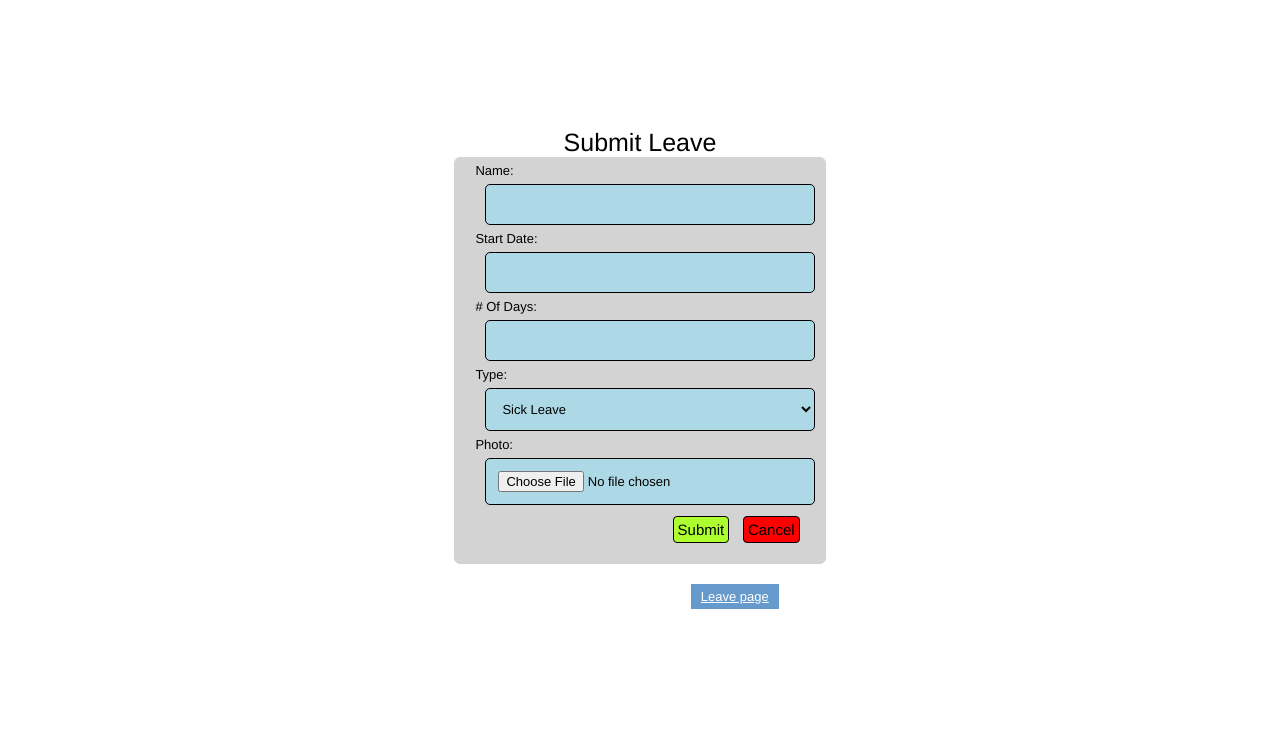
Repository: Murad71/BasicCRUD
Page: index.html
These files come from the project's save history. The page is drawn as it stood at one moment and after the next save; the edit follows.
The browser window is 1280 px wide. The pictures show the whole page.

Above is the page before, as saved 2023-04-18 21:36:09.

### index.html
<!DOCTYPE html>
<html lang="en">
  <head>
    <meta charset="UTF-8" />
    <meta http-equiv="X-UA-Compatible" content="IE=edge" />
    <meta name="viewport" content="width=device-width, initial-scale=1.0" />
    <link rel="stylesheet" href="index.css" />
    <title>Leave Request</title>
  </head>
  <body>
    <div class="flex1">
      <form id="form1">
        <header>Submit Leave</header>
        <div class="container">
          <label for="name">Name:</label>
          <input type="text" id="name" name="name" />
          <br />
          <label for="startdate">Start Date:</label>
          <input type="text" id="startdate" name="startdate" />
          <br />
          <label for="days"># Of Days:</label>
          <input type="text" id="days" name="days" />
          <br />
          <label for="leaves">Type:</label>
          <select id="leave" name="leaves" required>
            <option value="Sick leave">Sick Leave</option>
            <option value="Early leave">Early Leave</option>
            <option value="Vacation leave">Vacation Leave</option>
            <option value="Other">Other</option>
          </select>
          <br />
          <label for="photo">Photo:</label>
          <input type="file" id="photo" name="photo"/>
          <div class="button-container">
            <input type="submit" value="Submit" id="submitButton"/>
            <input type="reset" value="Cancel" class="cancel" />
          </div>
        </div>
      </form>
      <div class="anchorContainer">
        <a href="index1.html"> Leave page</a>
        <!--Added the hyperlink here-->
      </div>
    </div>
    <script src="script.js"></script>
  </body>
</html>

### index.css
* {
  box-sizing: border-box;
  font-family: "Franklin Gothic Medium", "Arial Narrow", Arial, sans-serif;
  font-size: small;
}

.flex1
{
  align-items: center;
  display: flex;
  justify-content: center;
  height: 100vh;
  flex-direction: column;
}

.container {
  background-color: lightgray;
  padding: 5px 20px 15px 20px;
  border: 1px solid lightgray;
  border-radius: 6px;
  flex-direction: column;
  margin-bottom: 20px;
  width: 100%;
}

header {
  font-size: 25px;
  text-align: center;
}

input[type="text"],
input[type="file"],
select,
textarea {
  width: 100%;
  padding: 12px;
  margin: 6px;
  border: 1px solid;
  border-radius: 5px;
  margin-left: 10px;
  background-color: lightblue;
}

.button-container {
  text-align: right;
}

input[type="submit"],
input[type="reset"] {
  font-size: 15px;
  border: 1px solid;
  margin: 5px;
  padding: 4px;
  background-color: greenyellow;
  border-radius: 4px;
}

input[type="reset"].cancel {
  background-color: red;
}

.anchorContainer {
  margin-left: 15%;
}

a {
  display: inline-block;
  background: #69c;
  color: #fff;
  padding: 5px 10px;
}

### script.js
let storage=JSON.parse(localStorage.getItem('store')) || [];
let index=JSON.parse(localStorage.getItem('rIndex')) || null;
const submitButtonCatch=document.getElementById("submitButton");
const img= new Image();

//after clicking the submit button
submitButtonCatch.addEventListener("click",() =>{
    const form=document.getElementById("form1");
    let object={};
    let flag=true;

    object["id"]= Date.now();
    for(let i=0;i<form.length;i++)
    {
        if(form.elements[i].name=="photo")
        {
            object[form.elements[i].name]= img.src;
        }
        else
        {
            object[form.elements[i].name]=form.elements[i].value;
        }
        if(form.elements[i].value=='')
        {
            flag=false;
            alert("WARNING: Fill all the given Input correctly.");
            break;
        }
        if(form.elements[i].name=="days" && (form.elements[i].value>7 || form.elements[i].value<1))
        {
            flag=false;
            alert("WARNING: Enter a valid number for vacation");
            break;
        }
    }

    if(flag)
    {
        alert("Your data has been submitted Successfully!!");
        if(index!=null)
        {
            storage[index]=object;
            index=null;
        }
        else storage.push(object);


        localStorage.setItem('store',JSON.stringify(storage));
        localStorage.setItem('rIndex',JSON.stringify(index));
        form.reset();
    }
});


//base64 conversion
const fileEl= document.getElementById('photo');
fileEl.addEventListener('change', () =>{

    const fr= new FileReader();
    fr.readAsDataURL(fileEl.files[0]);

    fr.addEventListener('load', ()=>{

        const url= fr.result;
        img.src= url;

    });

});


console.log(storage);



// let submitButtonClicked=document.getElementById("submitButton");
// let indx=0;
// let flag= true;
// let obj={};

// submitButtonClicked.addEventListener('click',() =>{

//     const form= document.getElementById('form1');
//     obj["id"]= indx;
//     indx++;
//     for(let i=0; i<form.length; i++)
//     {
//         obj[form.elements[i].name]=form.elements[i].value;
//         if(form.elements[i].value=='')
//         {
//             flag=false;
//             alert("WARNING: Fill all the given Input correctly.");
//             break;
//         }
//         if(form.elements[i].name=="days" && (form.elements[i].value>7 || form.elements[i].value<1))
//         {
//             flag=false;
//             alert("WARNING: Enter a valid number for vacation");
//             break;
//         }
//     }

//     if(flag)
//     {
//         alert("Data entered successfully!");
//         insertData();
//     }

// });


// function intertData()
// {
//     const table = document.getElementsByClassName("tbody1")[0];
//           var row=document.createElement('tr');
//            row.innerHTML = `<td>${obj.name}</td>
//                 <td>${obj.startdate}</td>
//                 <td>${obj.days}</td>
//                 <td>${obj.leaves}</td>
//                 <td><img id="img" src=${obj.photo} alt=""></td>
//                 <td><a href="index.html" id="edit">Edit</a> <input type='button' value= 'Reject' name=${obj.id} id="reject"/></td>`;
//             table.appendChild(row);
// }

After the next save:
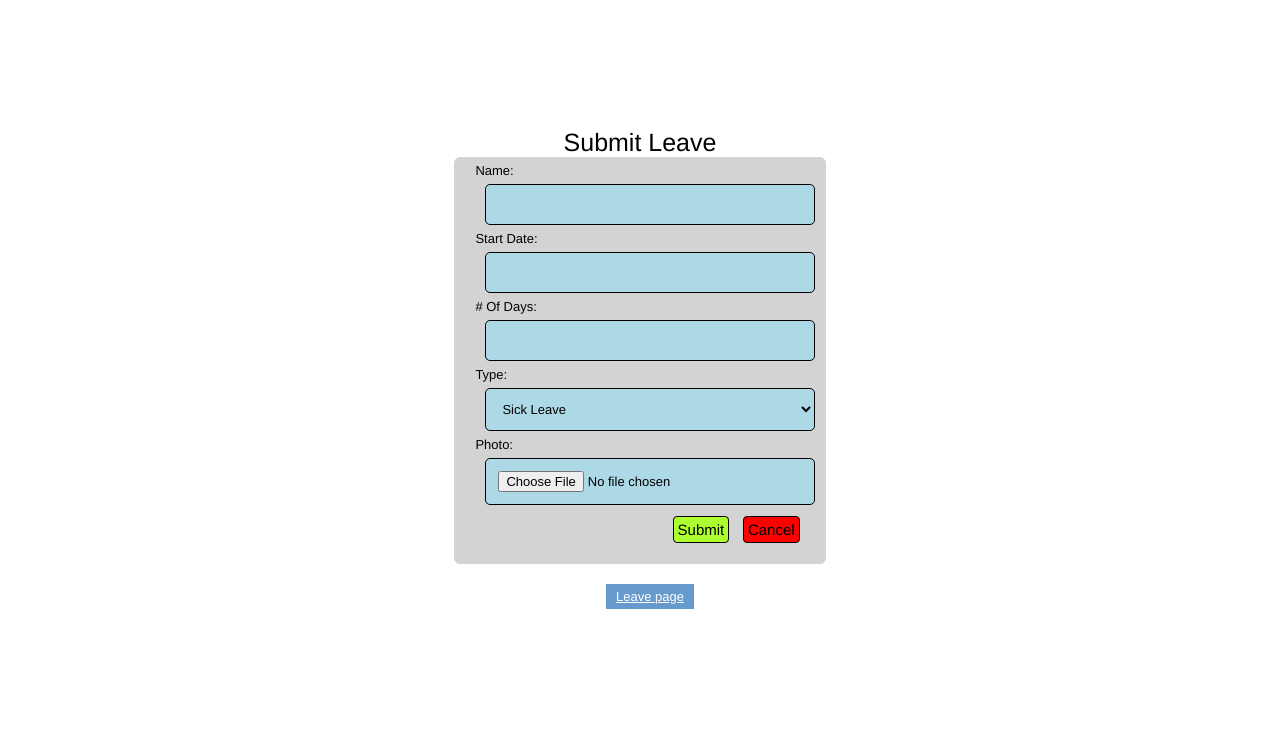
Saved 93 s later.
--- a/index.css
+++ b/index.css
@@ -60,7 +60,7 @@ input[type="reset"].cancel {
 }
 
 .anchorContainer {
-  margin-left: 15%;
+  margin-left: 20px;
 }
 
 a {
